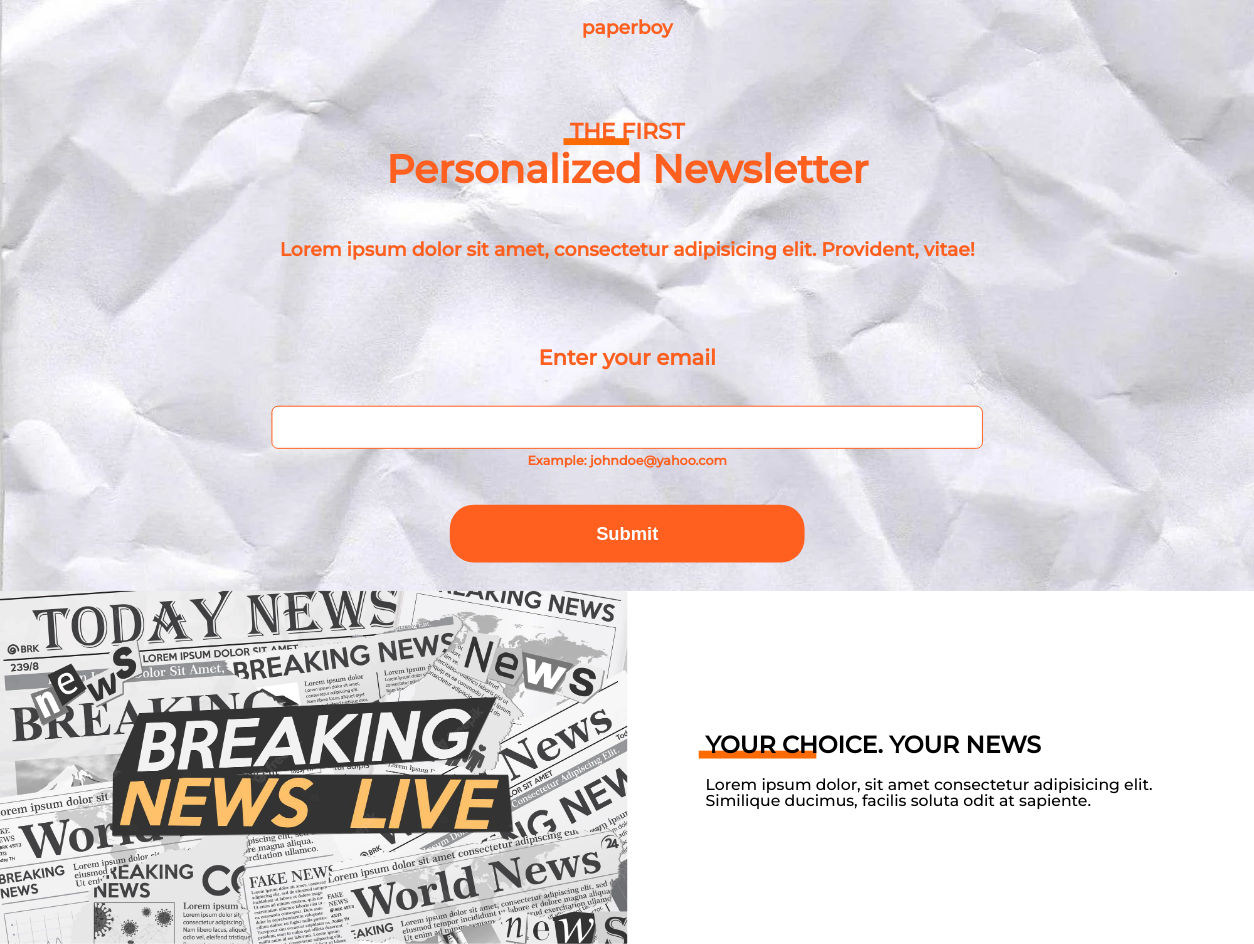
Repository: Gionnn/proiecte
Page: index.html
These files come from the project's save history. The page is drawn as it stood at one moment and after the next save; the edit follows.
The browser window is 1280 px wide. The pictures show the whole page, at 98% of full size.

Above is the page before, as saved 2022-11-28 14:53:03.

After the next save:
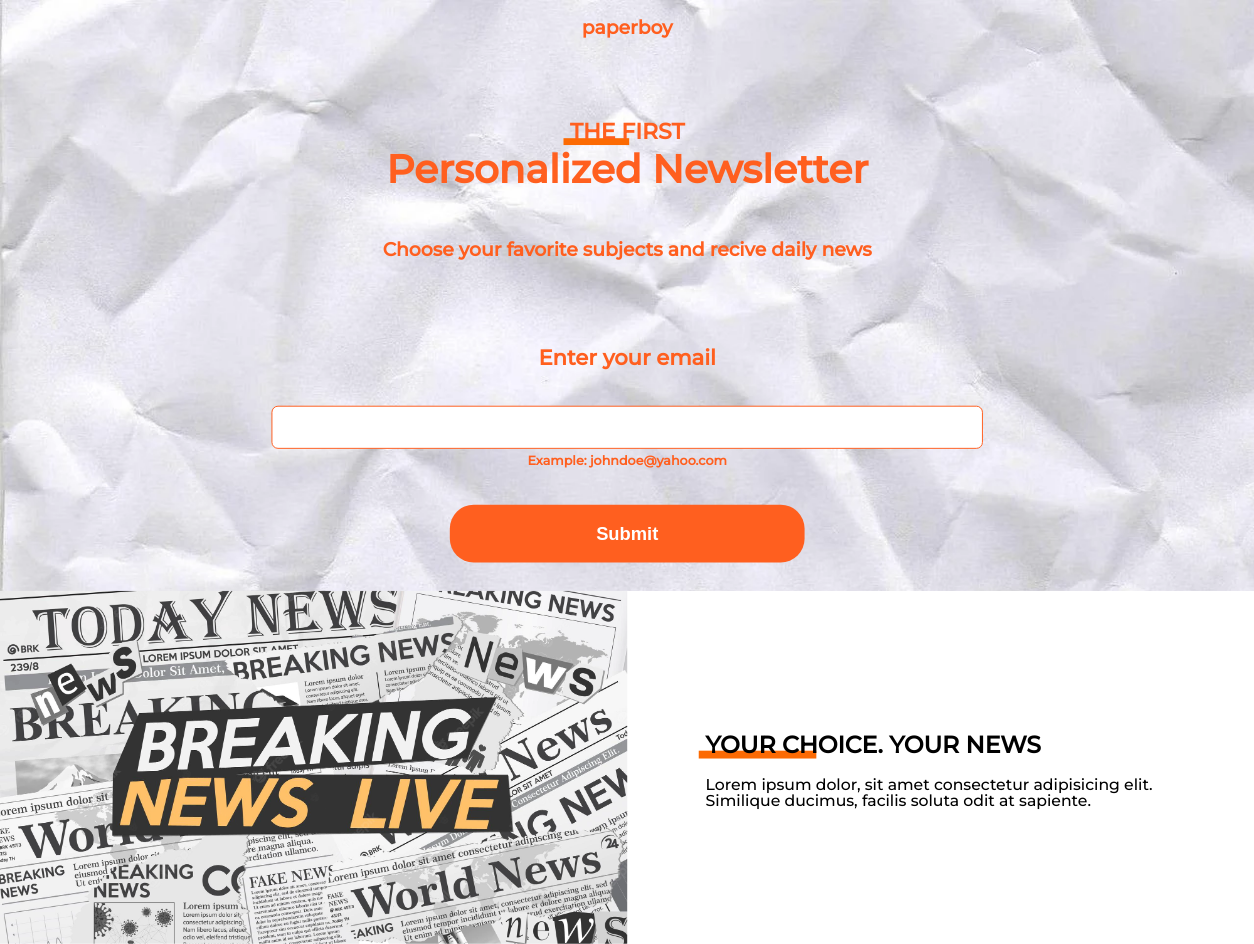
Saved 92 s later.
--- a/index.html
+++ b/index.html
@@ -17,8 +17,7 @@
 
         <h1><span>The first </span>Personalized Newsletter</h1>
         <p>
-          Lorem ipsum dolor sit amet, consectetur adipisicing elit. Provident,
-          vitae!
+          Choose your favorite subjects and recive daily news
         </p>
         <div class="form-container">
           <form action="">
